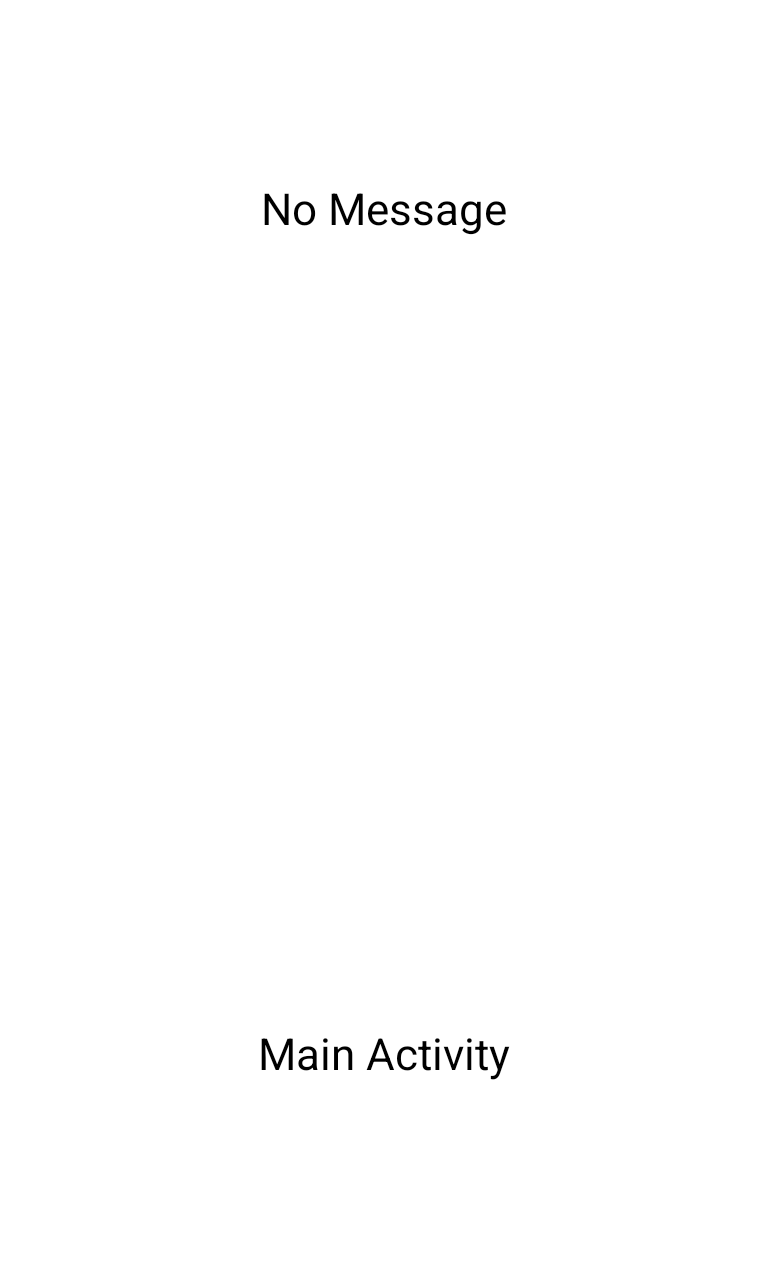
Repository: MadhuHS/JECM3
Layout: Intents2/res/layout/activity_main.xml
An editor plug-in stored every save of this project. The layout is shown before and after the next save, followed by the edit.
It is drawn on a 768 x 1280 px phone screen (xhdpi) without system bars, with theme AppTheme; the app's code is not run.

Above is the layout before, as saved 2015-11-20 03:26:06.

After the next save:
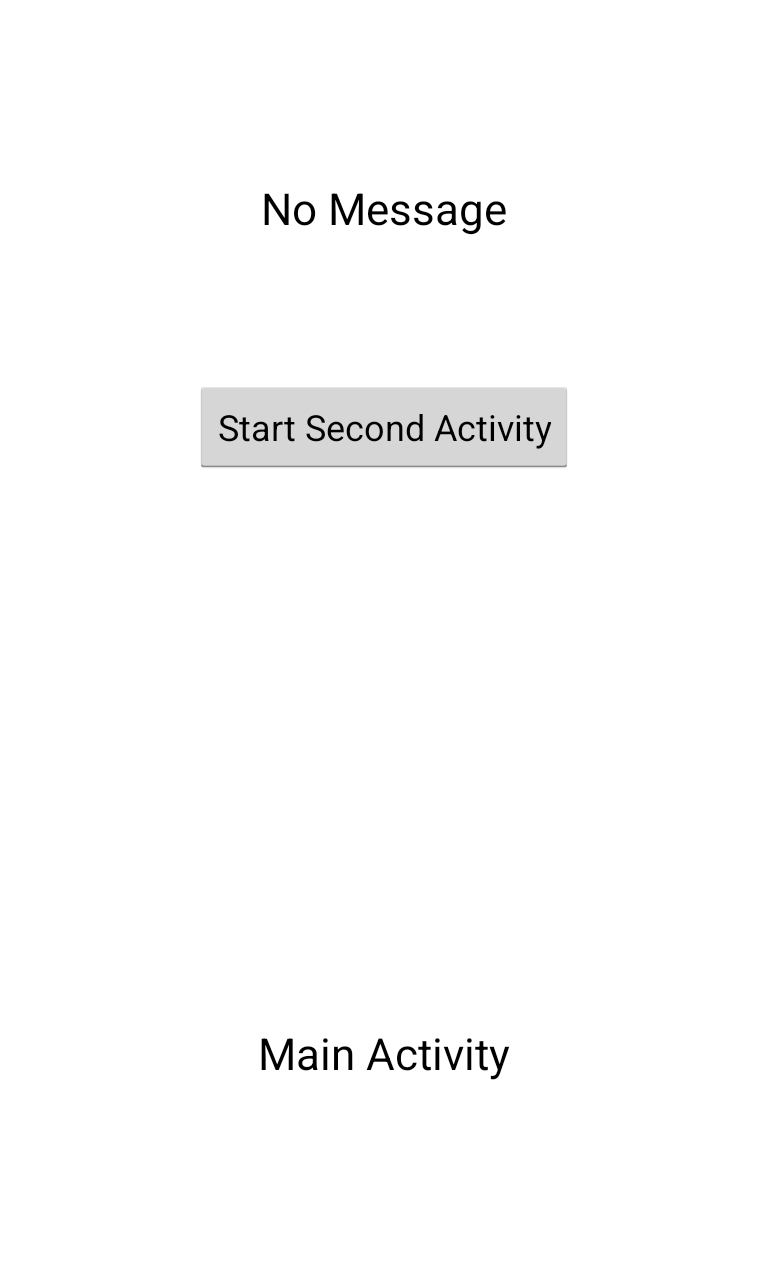
Saved 33 s later.
--- a/Intents2/res/layout/activity_main.xml
+++ b/Intents2/res/layout/activity_main.xml
@@ -28,4 +28,13 @@
         android:text="No Message"
         android:textAppearance="?android:attr/textAppearanceLarge" />
 
+    <Button
+        android:id="@+id/buttonstart"
+        android:layout_width="wrap_content"
+        android:layout_height="wrap_content"
+        android:layout_below="@+id/textViewoutput"
+        android:layout_centerHorizontal="true"
+        android:layout_marginTop="71dp"
+        android:text="Start Second Activity" />
+
 </RelativeLayout>
